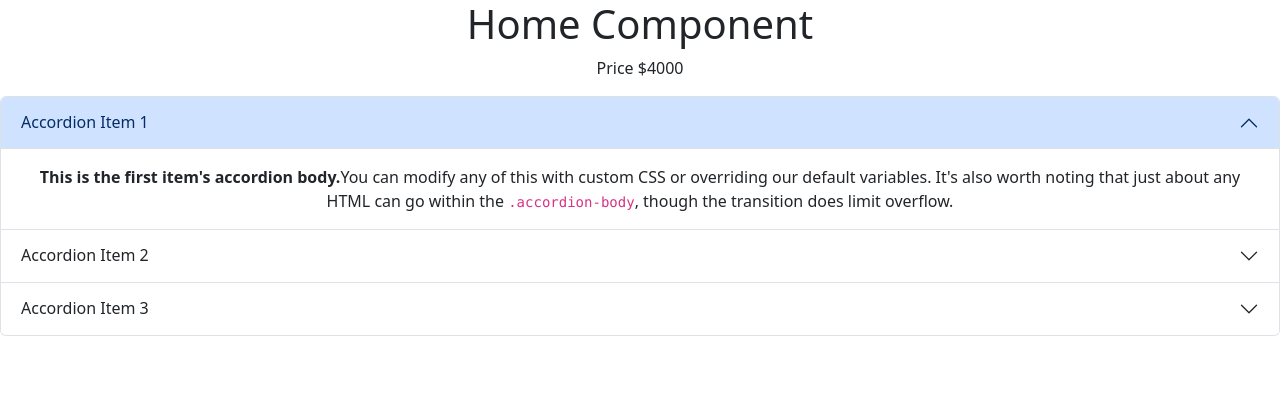
Repository: Rohit1995K/React-redux
Page: /home
An editor plug-in stored every save of this project. The page is shown before and after the next save, followed by the edit.
The browser window is 1280 px wide. The pictures show the whole page.
The project was rebuilt for these pictures with package versions that can differ from the ones it lists, and the page was loaded fresh each time. Also part of the build but not shown: src/Components/Login/login.css, src/Components/Login/Login.js.

Above is the page before, as saved 2022-10-25 13:05:34.

### src/App.js
import './App.css';
import 'bootstrap/dist/css/bootstrap.min.css';
import { BrowserRouter as Router, Routes, Route } from 'react-router-dom';
import Login from './Components/Login/Login';
import Home from './Components/Home/Home';

function App() {
  return (
    <div className="App">
      <Router>
        {/* <Suspense fallback={<div>Loading...</div>}> */}
          <Routes>
            <Route path="/" element={<Login />} />
            <Route path="/home" element={<Home />} />
          </Routes>
        {/* </Suspense> */}
      </Router>
    </div>
  );
}

export default App;

### src/Services/Reducers/index.js
import {combineReducers} from 'redux'
import cardItems from "./reducer";

export default combineReducers({
    cardItems
});

### src/Components/Home/Home.js
import React from "react";
import Filter from "../Filter/Filter";

const Home = () => {

    return (
        <>
            <h1> Home Component </h1>
            <p> Price $4000 </p>
            <Filter />
        </>
    )
}

export default Home;

### src/Services/Reducers/reducer.js
// import { ADD_TO_CART, REMOVE_FROM_CART } from "../Constant";
import { createSlice } from "@reduxjs/toolkit";
import cardItems from "../../cartItems";

const initialState = {
    cardData : cardItems,
    amount:4,
    total:0,
    isLoader:true
}

const cartSlice = createSlice({
    name: 'cart',
    initialState,
    reducers: {
        clearCart: (state) => {
            state.cardData = []
        },
        removeItem: (state, action) => {
            const itemId = action.payload;
            state.cardData = state.cardData.filter((item) =>
            item.id !== itemId);
        },
        increase: (state, {payload}) => {
            const cardItem = state.cardData.find((item) => item.id === payload.id);
            cardItem.amount = cardItem.amount + 1;
        },
        decrease: (state, {payload}) => {
            const cardItem = state.cardData.find((item) => item.id === payload.id);
            cardItem.amount = cardItem.amount - 1;
        },
    }
})

export const { clearCart , removeItem} = cartSlice.actions;
export default cartSlice.reducer;

### src/Components/Filter/Filter.js
import React, { useState } from "react";
//import { Form, FormGroup, Input, Label } from "reactstrap";
import { Accordion, AccordionItem, AccordionHeader, AccordionBody  } from "reactstrap";

const Filter  = () => {

    const [open, setOpen] = useState('1');
    const toggle = (id) => {
      if (open === id) {
        setOpen();
      } else {
        setOpen(id);
      }
    }

    return (

        <>

        <Accordion open={open} toggle={toggle}>
        <AccordionItem>
          <AccordionHeader targetId="1">Accordion Item 1</AccordionHeader>
          <AccordionBody accordionId="1">
            <strong>This is the first item&#39;s accordion body.</strong>
            You can modify any of this with custom CSS or overriding our default
            variables. It&#39;s also worth noting that just about any HTML can
            go within the <code>.accordion-body</code>, though the transition
            does limit overflow.
          </AccordionBody>
        </AccordionItem>
        <AccordionItem>
          <AccordionHeader targetId="2">Accordion Item 2</AccordionHeader>
          <AccordionBody accordionId="2">
            <strong>This is the second item&#39;s accordion body.</strong>
            You can modify any of this with custom CSS or overriding our default
            variables. It&#39;s also worth noting that just about any HTML can
            go within the <code>.accordion-body</code>, though the transition
            does limit overflow.
          </AccordionBody>
        </AccordionItem>
        <AccordionItem>
          <AccordionHeader targetId="3">Accordion Item 3</AccordionHeader>
          <AccordionBody accordionId="3">
            <strong>This is the third item&#39;s accordion body.</strong>
            You can modify any of this with custom CSS or overriding our default
            variables. It&#39;s also worth noting that just about any HTML can
            go within the <code>.accordion-body</code>, though the transition
            does limit overflow.
          </AccordionBody>
        </AccordionItem>
      </Accordion>

        </>





// <Form>
//     <FormGroup
//         check
//         inline
//     >
//         <Input type="checkbox" />
//         <Label check>
//         Some input
//         </Label>
//     </FormGroup>
//     <FormGroup
//         check
//         inline
//     >
//         <Input type="checkbox" />
//         <Label check>
//         Some other input
//         </Label>
//     </FormGroup>
// </Form>
    );
}

export default Filter;

### src/cartItems.js
const cartItems = [
    {
        id:'1',
        title:'iphone',
        price:'4000',
        amount:1
    },
    {
        id:'2',
        title:'samsung',
        price:'3500',
        amount:1
    },
    {
        id:'3',
        title:'oneplus',
        price:'3000',
        amount:1
    },
    {
        id:'4',
        title:'Redmi',
        price:'2000',
        amount:1
    },
    {
        id:'5',
        title:'Oppo',
        price:'2500',
        amount:1
    }
]

export default cartItems;

Loaded but not shown: public/index.html (common file); src/index.js (common file); src/index.css (common file); src/reportWebVitals.js (common file); src/App.css (common file)

After the next save:
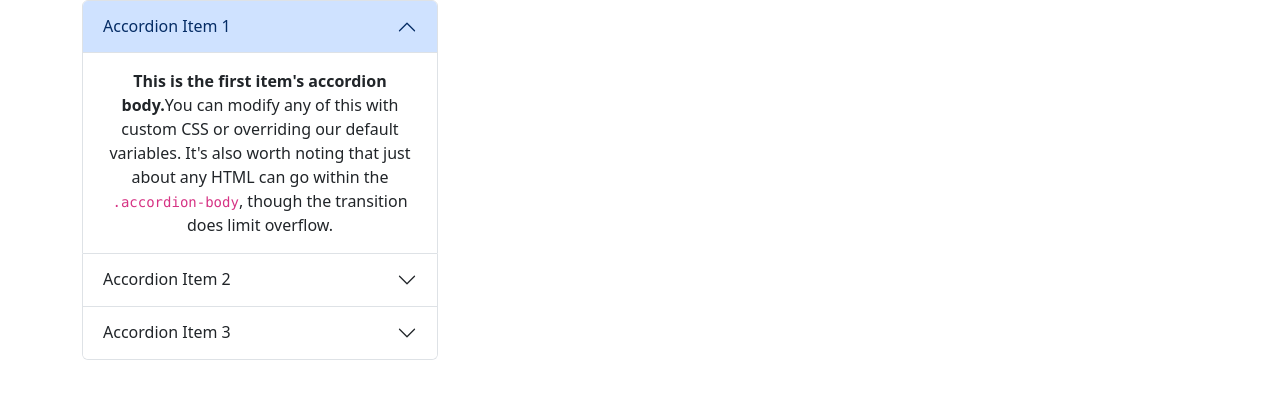
Saved 33 min 21 s later.
--- a/src/Components/Home/Home.js
+++ b/src/Components/Home/Home.js
@@ -1,13 +1,19 @@
 import React from "react";
 import Filter from "../Filter/Filter";
+import { Col, Row } from "reactstrap";
 
 const Home = () => {
 
     return (
         <>
-            <h1> Home Component </h1>
-            <p> Price $4000 </p>
-            <Filter />
+            <div className="container">
+                <Row>
+                    <Col md="4">
+                        <Filter />
+                    </Col>
+                    <Col md="8"></Col>
+                </Row>
+            </div>
         </>
     )
 }
